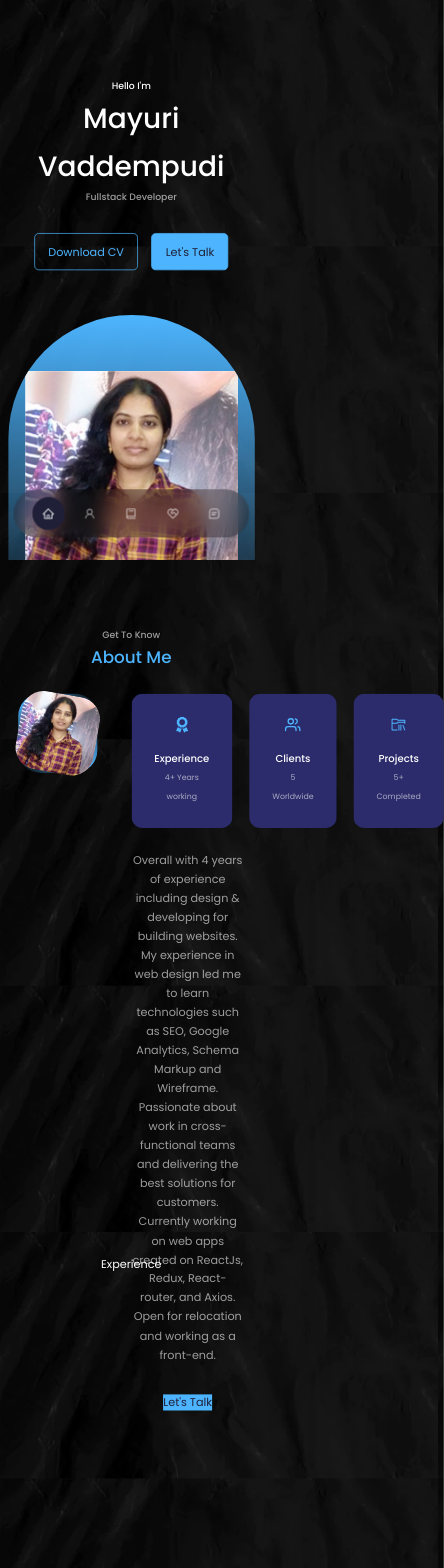
Repository: mayuri2018/Mr_react_portfolio
Page: /
An editor plug-in stored every save of this project. The page is shown before and after the next save, followed by the edit.
The browser window is 375 px wide. The page is 634 px wide, then 473 px, so the pictures cover 634 px, including what lies to the right of the window. The pictures show the part of the page from y = 0 to 2240 px (the page is 6203 px tall), at 70% of full size.
The project was rebuilt for these pictures with package versions that can differ from the ones it lists, and the page was loaded fresh each time. Also part of the build but not shown: src/components/experience/experience.css, src/components/services/services.css, src/components/portfolio/portfolio.css, src/components/testimonials/testimonials.css, src/components/contact/contact.css, src/components/footer/footer.css.

Above is the page before, as saved 2023-01-25 13:44:28.

After the next save:
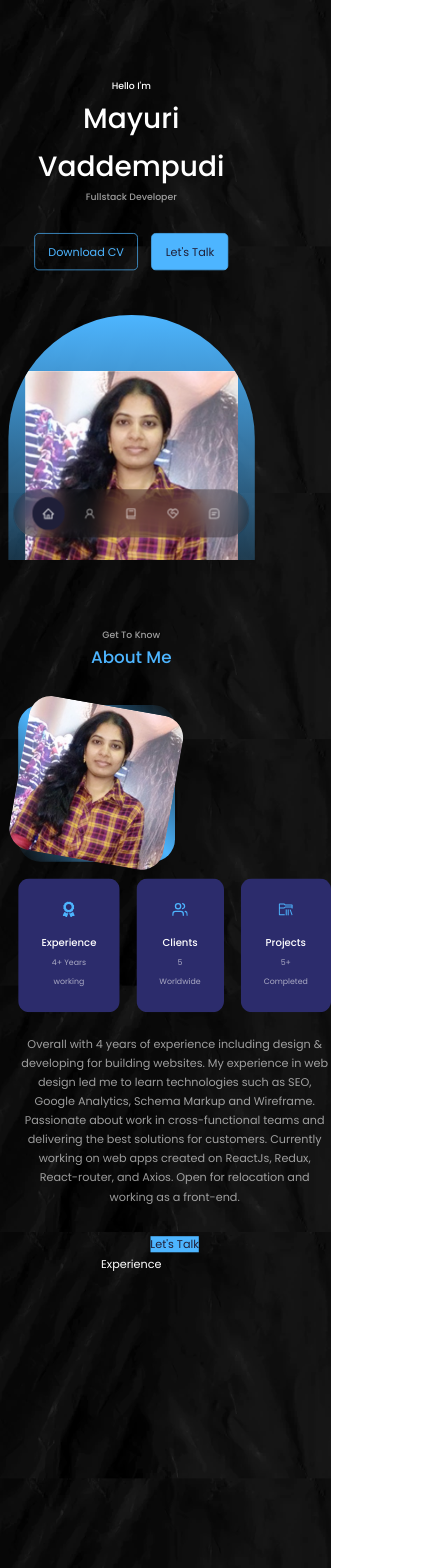
Saved 2 min 8 s later.
--- a/src/components/about/about.css
+++ b/src/components/about/about.css
@@ -66,3 +66,26 @@
     margin: 2rem 0 2.6rem;
     color:var(--color-light);
 }
+
+/*----------Media Queries (Medium devices)-----*/
+@media screen and (max-width: 1024px){
+    .about_container{
+        grid-template-columns: 1fr;
+        gap:0;
+    }
+    .about_me{
+        width: 50%;
+        margin: 1rem 0 1.5rem;
+    }
+
+  }
+  /*----------Media Queries (small devices)-----*/
+  @media screen and (max-width: 600px){
+    header{
+        height: 100vh;
+    }
+    .header_socials,
+    .scroll_down{
+        display: none;
+    }
+  }
